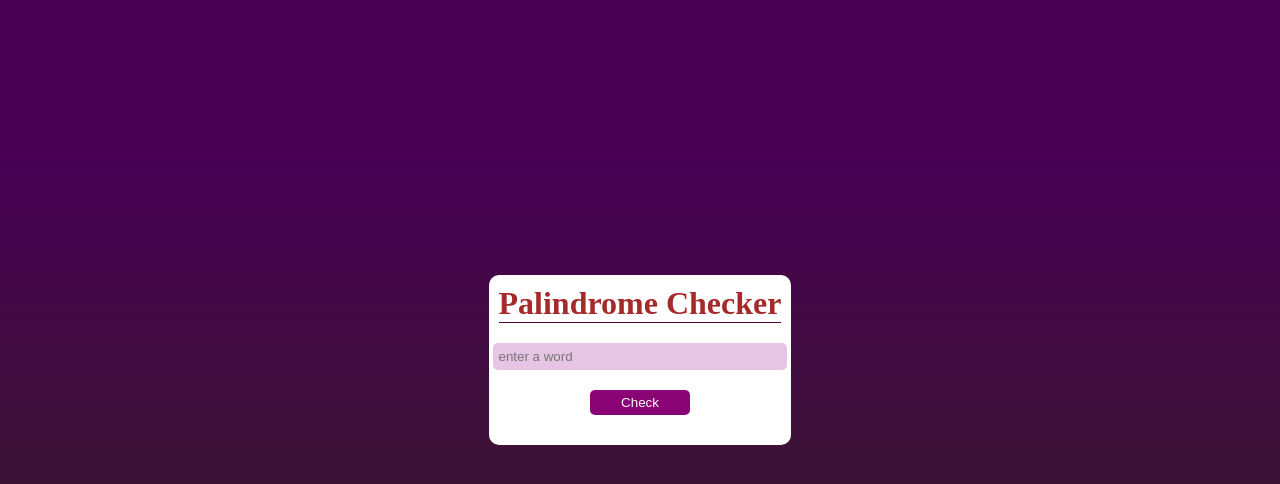
Repository: albinsabu2023/palindromeChecker
Page: index.html
The author's editor kept a copy of each file at every save. The page is drawn from the files as they stood at one save, then again after the next save.
The browser window is 1280 px wide. The pictures show the whole page.

Above is the page before, as saved 2023-09-12 01:30:32.

### index.html
<!DOCTYPE html>
<html lang="en">
<head>
    <meta charset="UTF-8">
    <meta name="viewport" content="width=device-width, initial-scale=1.0">
    <title>Document</title>
    <link rel="stylesheet" href="style.css">
</head>
<body>
    <div class="container">
        <h1>Palindrome Checker</h1>
        <input type="text" id="inputText" placeholder="enter a word">
        <button id="checkButton">Check</button>
        <div id="result">

        </div>
    </div>
    <script src="home.js"></script>
</body>
</html>

### style.css
*{
    margin:0;

}
body{
    display: flex;
    align-items: center;
    justify-content: center;
    height: 100vh;
    background:linear-gradient(rgb(72, 0, 85) 20%, rgb(58, 22, 48) 74%) ;
}
.container{
    padding: 10px;
    margin: 10px;
    background-color: white;
    border-radius: 10px;
    display: flex;
    flex-direction: column ;
    align-items: center;
    /* justify-content: center; */
    gap: 20px;

}
.container h1{
    color: brown;
    border-bottom: 1px solid rgb(85, 2, 62);
}
.container input{
    background-color: rgb(170, 60, 165,30%);
    border-radius: 5px;
    padding: 6px;
    border:none;
    width: 100%;

}
.container input:focus{
    outline: none;
}
.container button{
    border: none;
    background-color: rgb(137, 3, 117);
    padding: 5px;
    width: 100px;
    border-radius: 5px;
    color: white;



}
.container button:hover{
    background-color: rgb(119, 29, 109);
}

Loaded but not shown: home.js (no copy from this time; the picture is the same without it)

After the next save:
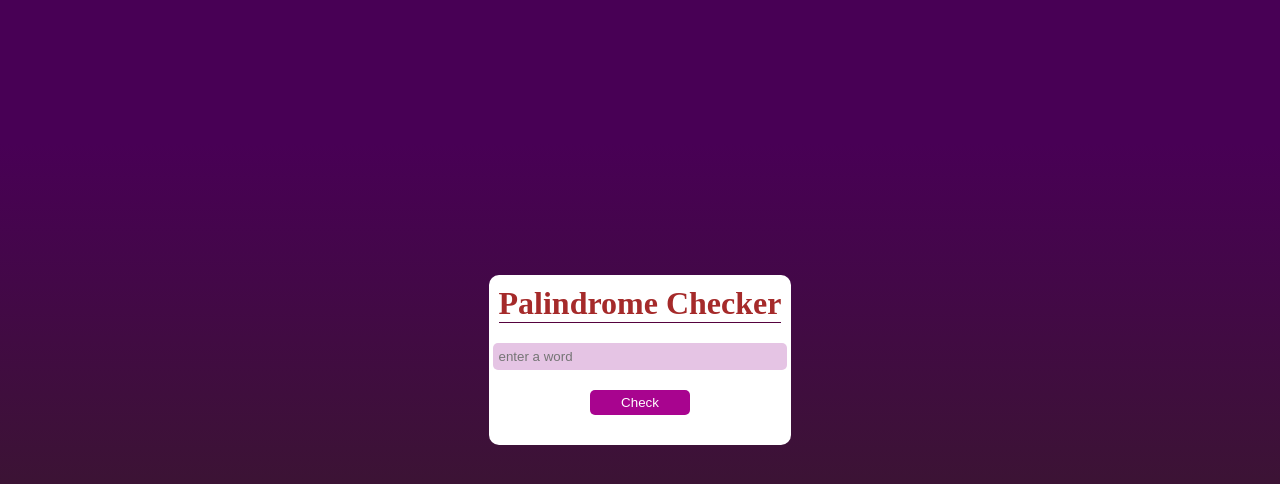
Saved 4 s later.
--- a/style.css
+++ b/style.css
@@ -38,7 +38,7 @@ body{
 }
 .container button{
     border: none;
-    background-color: rgb(137, 3, 117);
+    background-color: rgb(168, 4, 143);
     padding: 5px;
     width: 100px;
     border-radius: 5px;
